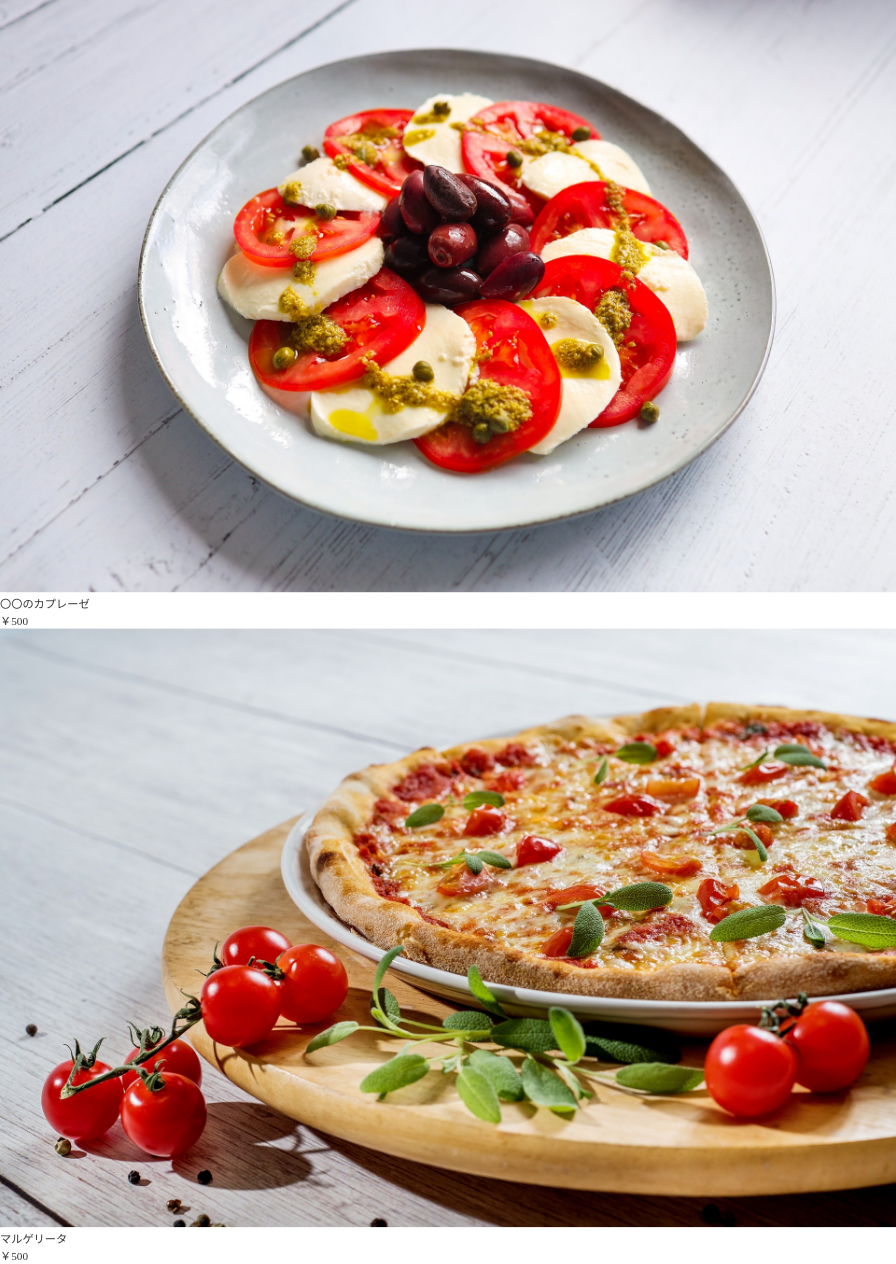
Repository: konatsu-0806/demo-site
Page: FromFigma/index.html
These files come from the project's save history. The page is drawn as it stood at one moment and after the next save; the edit follows.
The browser window is 1280 px wide. The pictures show the part of the page from y = 4580 to 6500 px (the page is 6385 px tall before and 7292 px after), at 70% of full size.

Above is the page before, as saved 2023-02-13 17:00:41.

After the next save:
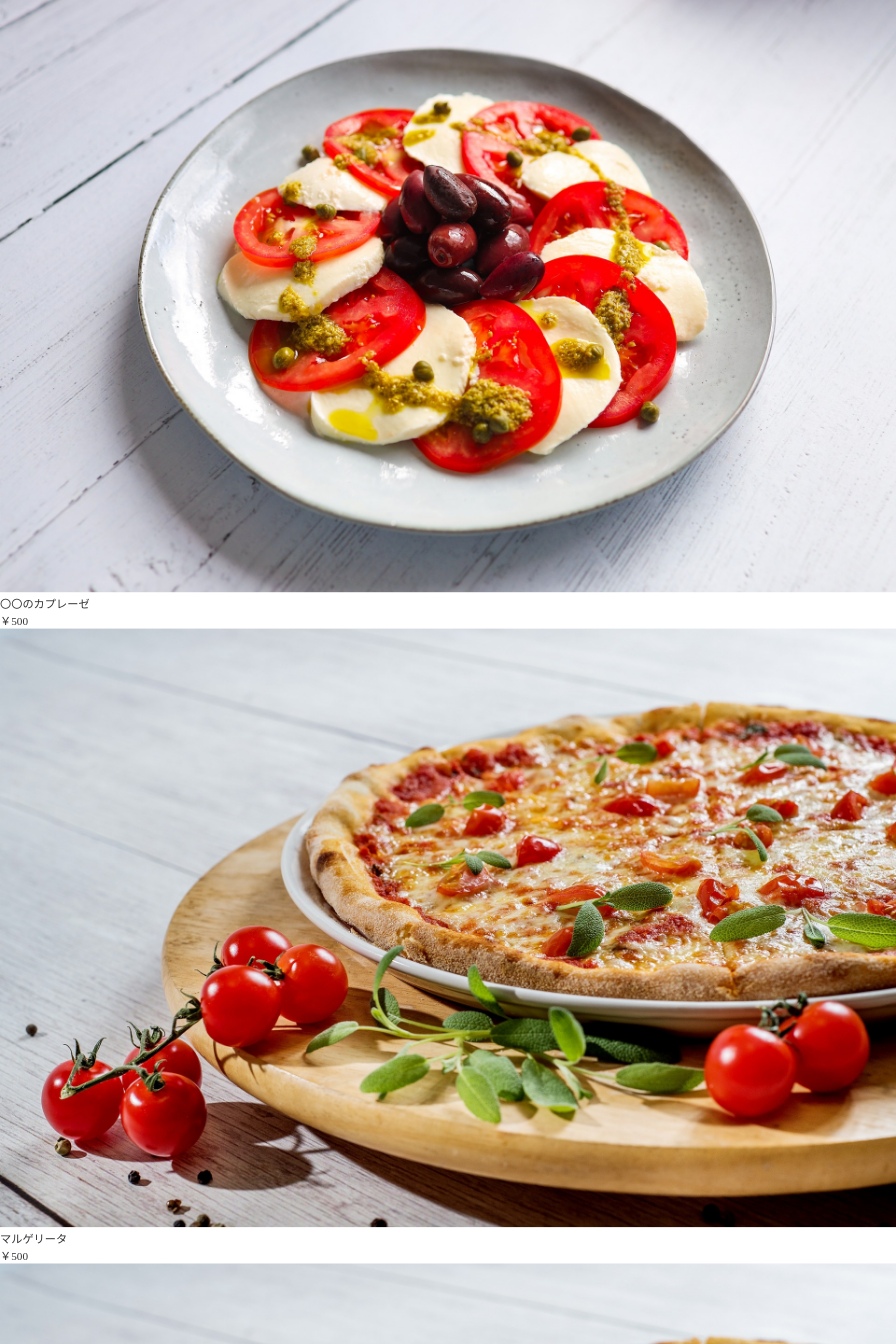
Saved 6 s later.
--- a/FromFigma/index.html
+++ b/FromFigma/index.html
@@ -164,7 +164,11 @@
     <p class="price">￥500</p>
   </div>
   <div class="flex">
-
+    <div class="dish3">
+      <img src="img/pizza-gff7141cbc_1920.jpg" alt="">
+      <p>マルゲリータ</p>
+      <p class="price">￥500</p>
+    </div>
   </div>
 </body>
 
